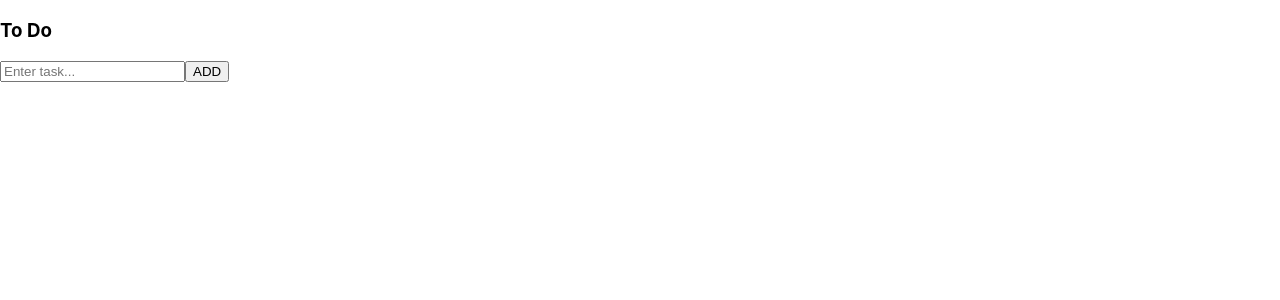
Repository: haidawngvn/hooks-bible
Page: /
These files come from the project's save history. The page is drawn as it stood at one moment and after the next save; the edit follows.
The browser window is 1280 px wide. The pictures show the whole page.
The project was rebuilt for these pictures with package versions that can differ from the ones it lists, and the page was loaded fresh each time. Also part of the build but not shown: src/Content3.js.

Above is the page before, as saved 2022-07-31 10:38:59.

After the next save:
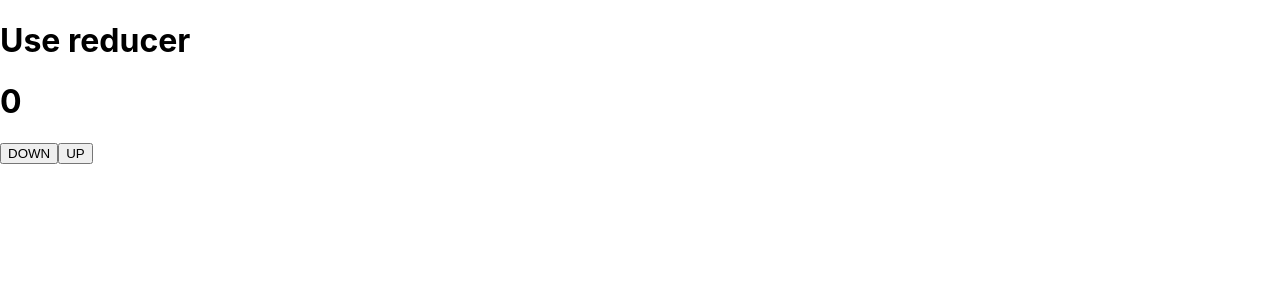
Saved 5 s later.
--- a/src/App.js
+++ b/src/App.js
@@ -1,4 +1,4 @@
-import TodoApp from './useReducer/index'
+import TodoApp from './useReducer'
 
 function App() {
     return <TodoApp/>

After the save that followed:
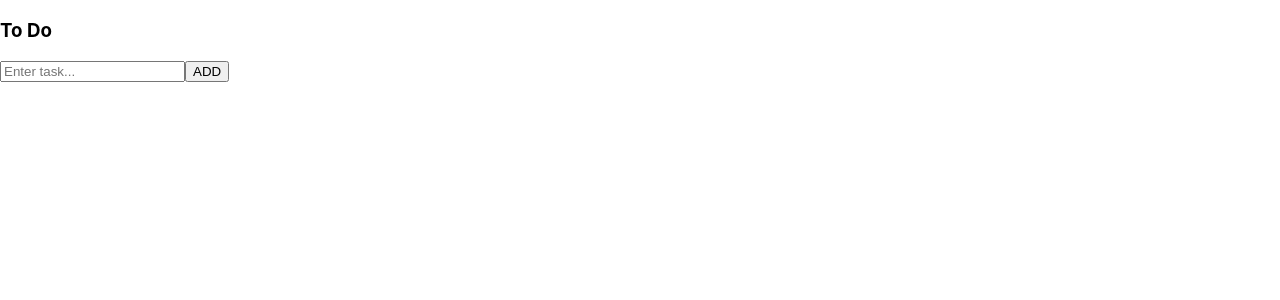
Saved 4 s later.
--- a/src/App.js
+++ b/src/App.js
@@ -1,4 +1,4 @@
-import TodoApp from './useReducer'
+import TodoApp from './useReducer/index'
 
 function App() {
     return <TodoApp/>
